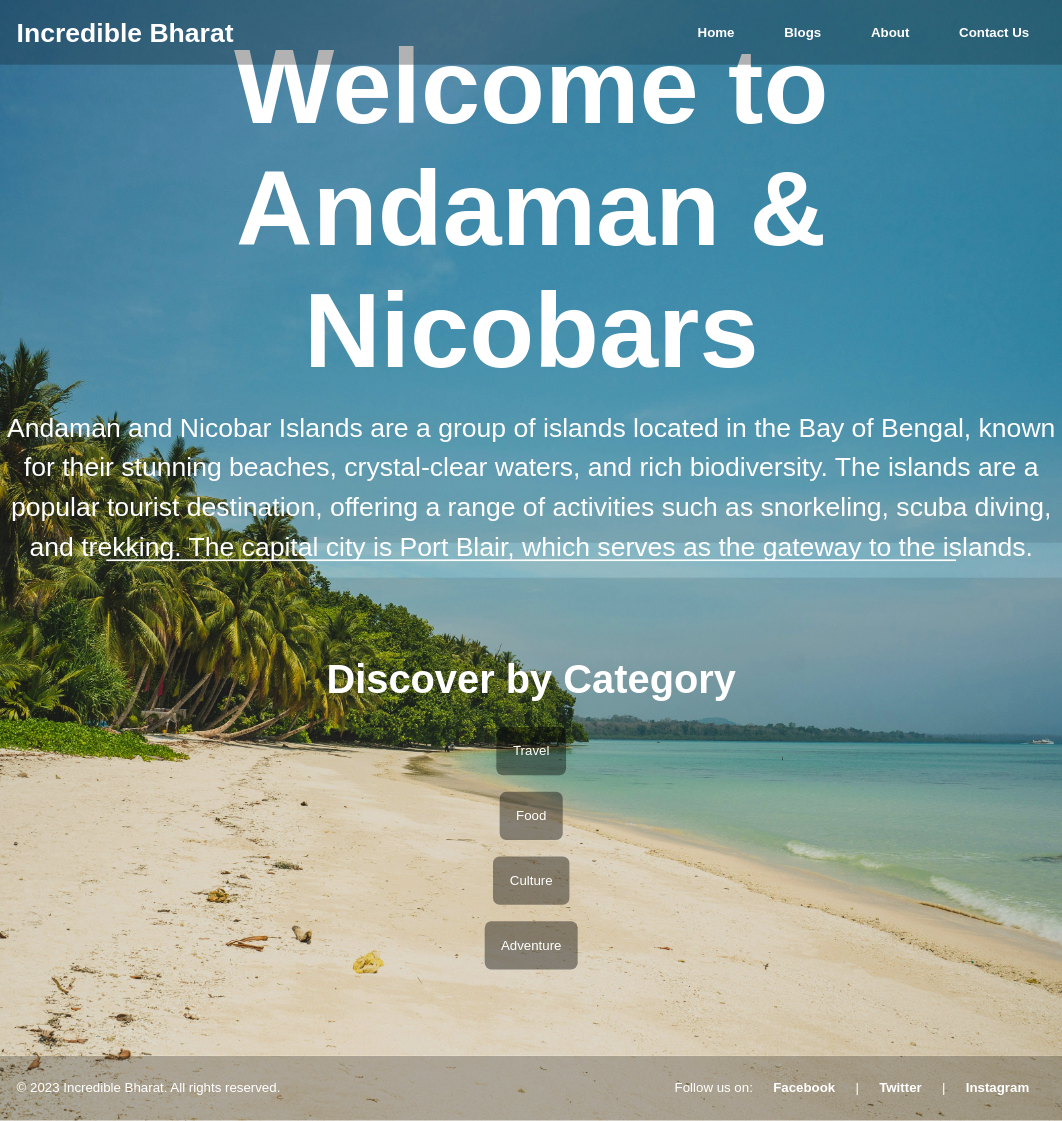
Repository: jaidhiman111/incrediblebharat
Page: destinations/Andaman&Nicobar.html
These files come from the project's save history. The page is drawn as it stood at one moment and after the next save; the edit follows.
The browser window is 1280 px wide. The pictures show the whole page, at 83% of full size.

Above is the page before, as saved 2025-04-30 23:26:56.

### destinations/Andaman&Nicobar.html
<!DOCTYPE html>
<html lang="en">

<head>
    <meta charset="UTF-8">
    <link rel="stylesheet" href="/assets/style.css">
    <meta name="viewport" content="width=device-width, initial-scale=1.0">
    <title>Document</title>
</head>

<body class="andaman-nicobar">
    <!-- This is the header of the page. -->
    <header class="header">
        <div class="logo">
            <h1>Incredible Bharat</h1>
        </div>
        <div class="nav">
            <nav>
                <ul>
                    <li>
                        <a href="/index.html">Home</a>
                        <a href="#">Blogs</a>
                        <a href="#">About</a>
                        <a href="#">Contact Us</a>
                    </li>
                </ul>
            </nav>
        </div>
    </header>
    <!-- This is the main content of the page. -->
    <main class="main-container">
        <section class="hero-section">
            <h2>Welcome to Andaman & Nicobars</h2>
            <p>Andaman and Nicobar Islands are a group of islands located in the Bay of Bengal, known for their stunning
                beaches, crystal-clear waters, and rich biodiversity. The islands are a popular tourist destination,
                offering a range of activities such as snorkeling, scuba diving, and trekking. The capital city is Port
                Blair, which serves as the gateway to the islands.</p>
        </section>
        <hr>
        <section class="state-section">
            <h2>Discover by Category</h2>
            <div class="card" id="travel">Travel</div>
            <div class="card" id="food">Food</div>
            <div class="card" id="culture">Culture</div>
            <div class="card" id="adventure">Adventure</div>

        </section>
    </main>
    <!-- This is the footer of the page. -->
    <footer class="footer">
        <div>
            <p>&copy; 2023 Incredible Bharat. All rights reserved.</p>
        </div>
        <div>
            <p>Follow us on:
                <a href="#">Facebook</a> |
                <a href="#">Twitter</a> |
                <a href="#">Instagram</a>
        </div>
    </footer>
</body>

</html>

### assets/style.css
* {
    box-sizing: border-box;
    margin: 0;
    padding: 0;
}

.home {
    font-family: Arial, sans-serif;
    background-image: url('/media/bg-cover.jpg');
    background-size: cover;
    background-repeat: no-repeat;
    background-position: center;
    color: #fff;
}

.andaman-nicobar {
    font-family: Arial, sans-serif;
    background-image: url('/media/andaman.jpg');
    background-size: cover;
    background-repeat: no-repeat;
    background-position: center;
    color: #fff;
}


/* This is for header */
.header {
    background-color: rgba(0, 0, 0, 0.3);
    display: flex;
    justify-content: space-between;
    align-items: center;
    padding: 20px;
    position: sticky;
    top: 0;
    text-align: center;
}

li {
    list-style: none;
    display: flex;
    gap: 20px;
}

li a {
    padding: 10px 20px;
    border-radius: 5px;
    text-decoration: none;
    color: #fff;
    font-weight: bold;
}

li a:hover {
    color: #fff;
    transform: scale(1.1);}

/* This is for section */
section{
    background-color: rgba(0, 0, 0, 0.1);
}

.hero-section {
    display: flex;
    flex-direction: column;    /* stack items vertically */
    justify-content: center;   /* center vertically */
    align-items: center;       /* center horizontally */
    height: 80vh;
    text-align: center;
}

.hero-section h2 {
    font-size: 8rem;
    margin-bottom: 20px;
}

.hero-section p{
    font-size: 2rem;
    margin-bottom: 20px;
    max-width: 100rem;         /* limit the width of the paragraph */
    line-height: 1.5;        /* improve readability */
}

.hero-section a {
    text-decoration: none;
    color: #fff;
    font-size: 1.5rem;
    margin-bottom: 20px;
}

.hero-section a:hover {
    color: #fff;
    text-decoration: underline;
    transform: scale(1.1);
    transition: transform 0.3s ease-in-out;
}

hr {
    width: 80%;
    margin: 20px auto;
    border: 1px solid #fff;
}

.state-section {
    display: flex;
    flex-direction: column;    /* stack items vertically */
    justify-content: center;
    align-items: center;
    height: 80vh;
    text-align: center;
}

.state-section h2 {
    font-size: 3rem;
    margin-bottom: 20px;
}

.state-button {
    padding: 30px;
    max-width: 100rem;
    margin: 0 auto;
  }

  .state-button button {
    background-color: rgba(0, 0, 0, 0.4);  /* Soft blue */
    border: none;
    border-radius: 8px;
    margin: 10px ;
    padding: 12px 20px;
    cursor: pointer;
    transition: background-color 0.3s ease;
    font-size: 16px;
    font-weight: 500;
  }

  .state-button button a {
    color: #ffffff;
    text-decoration: none;
    display: block;
    width: 100%;
    height: 100%;
  }

  .state-button button:hover {
    background-color: rgba(0, 0, 0, 0.7); /* Darker blue on hover */
    transform: scale(1.1); /* Slightly enlarge the button on hover */
    transition: transform 0.3s ease-in-out;
  }

.card {
    display: flex;
    background-color: rgba(0, 0, 0, 0.4); /* Soft blue */
    border-radius: 8px;
    padding: 20px;
    margin: 10px;
    text-align: center;
    transition: transform 0.3s ease-in-out;
}

  /* This is for footer */

.footer {
    background-color: rgba(0, 0, 0, 0.3);
    display: flex;
    justify-content: space-between;
    align-items: center;
    padding: 20px;
    position: relative;
    bottom: 0;
    text-align: center;
}

.footer li {
    list-style: none;
    display: flex;
    gap: 20px;
}

.footer a {
    display: inline-block;
    padding: 10px 20px;
    border-radius: 5px;
    text-decoration: none;
    color: #fff;
    font-weight: bold;
}
.footer a:hover {
    color: #fff;
    transform: scale(1.1);

}

/* This is for media queries */
/* --- Andaman & Nicobar Page Enhancements --- */

After the next save:
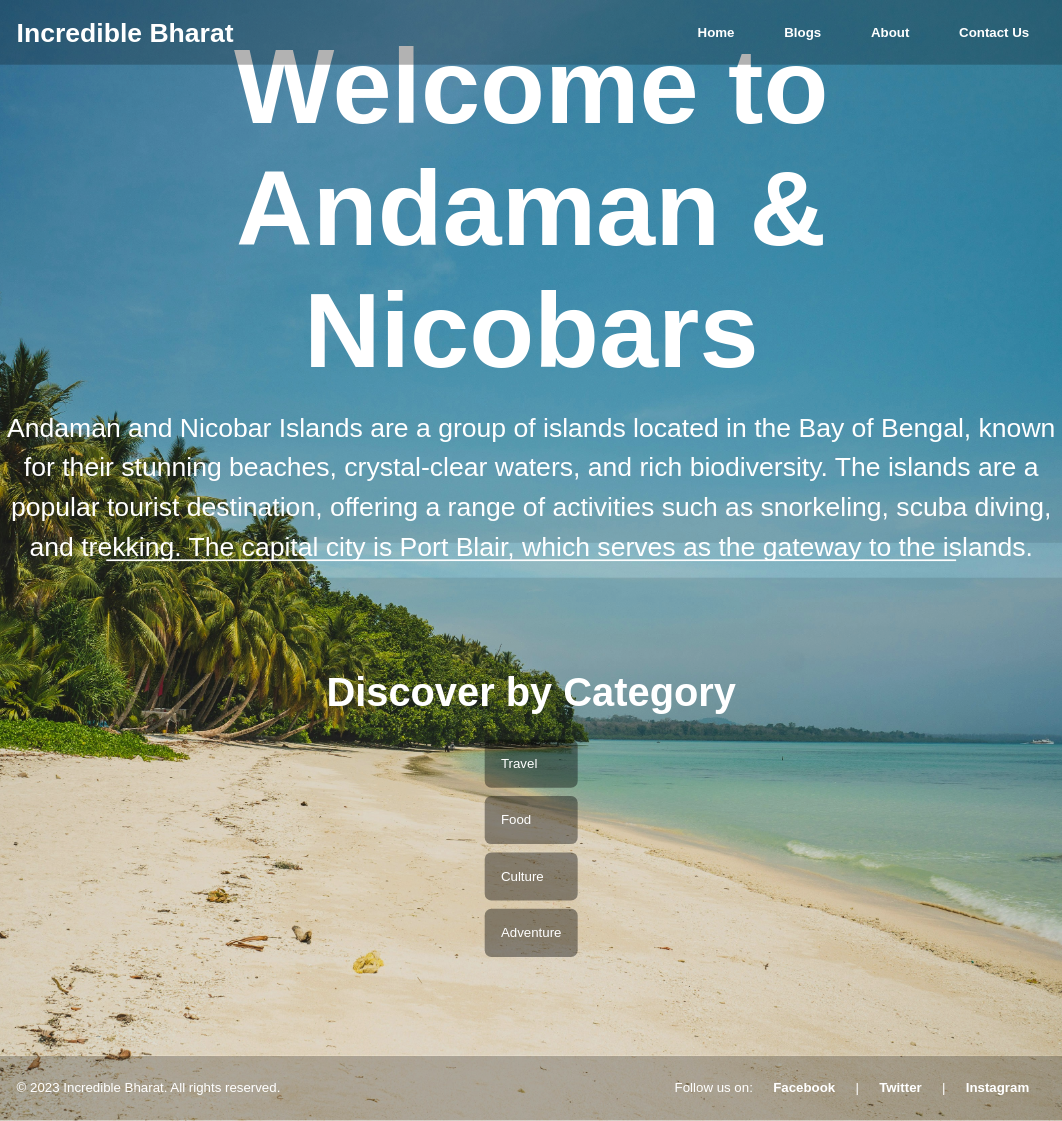
Saved 66 s later.
--- a/destinations/Andaman&Nicobar.html
+++ b/destinations/Andaman&Nicobar.html
@@ -39,11 +39,12 @@
         <hr>
         <section class="state-section">
             <h2>Discover by Category</h2>
+            <div class ="card-section">
             <div class="card" id="travel">Travel</div>
             <div class="card" id="food">Food</div>
             <div class="card" id="culture">Culture</div>
             <div class="card" id="adventure">Adventure</div>
-
+        </div>
         </section>
     </main>
     <!-- This is the footer of the page. -->
